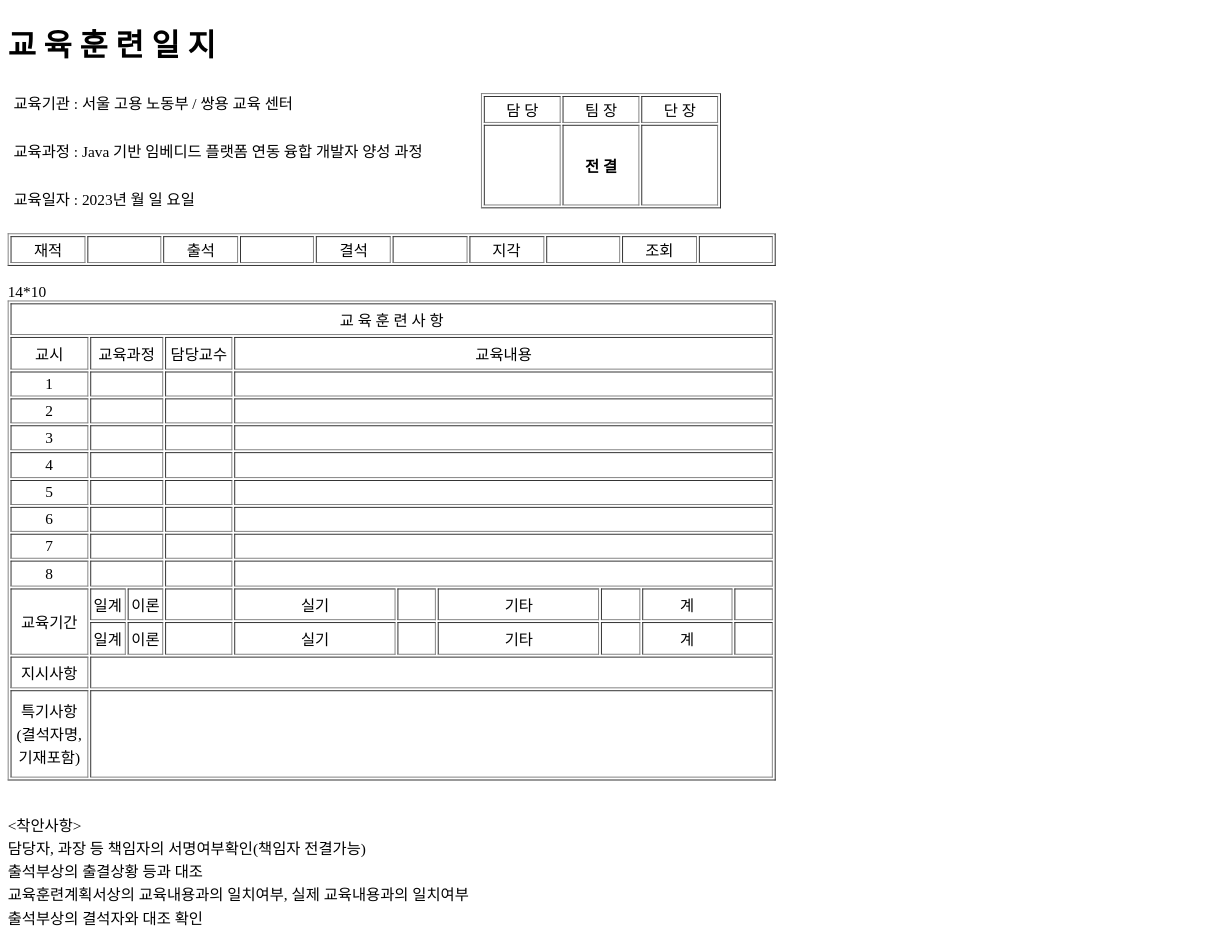
Repository: heoSuKyeong/client_Ssanyong
Page: ClientTest/src/main/webapp/html/q012.html
An editor plug-in stored every save of this project. The page is shown before and after the next save, followed by the edit.
The browser window is 1280 px wide. The pictures show the whole page, at 96% of full size.

Above is the page before, as saved 2023-09-21 03:37:26.

### ClientTest/src/main/webapp/html/q012.html
<!DOCTYPE html>
<html>
<head>
<meta charset="UTF-8">
<title>q012</title>
</head>
<body>

	<h1>교 육 훈 련 일 지</h1>

	<table>
		<tr>
			<td>
				<table>
					<tr>
						<td>교육기관 : 서울 고용 노동부 / 쌍용 교육 센터</td>
					</tr>
					<tr>
						<td>&nbsp;</td>
					</tr>
					<tr>
						<td>교육과정 : Java 기반 임베디드 플랫폼 연동 융합 개발자 양성 과정</td>
					</tr>
					<tr>
						<td>&nbsp;</td>
					</tr>
					<tr>
						<td>교육일자 : 2023년       월       일      요일</td>
					</tr>

				</table>
			</td>
			<td width="50">&nbsp;</td>
			<td>
				<table border="1" width="250" >
					<tr>
						<td align="center">담 당</td>
						<td align="center">팀 장</td>
						<td align="center">단 장</td>
					</tr>
					<tr>
						<td height ="80">&nbsp;</td>
						<td align="center"><b>전 결</b></td>
						<td >&nbsp;</td>
					</tr>
				</table>
			</td>
		</tr>
	</table>

	<br>

	<table border="1" width="800">
		<tr>
			<td align="center" width="80">재적</td>
			<td align="center" width="80">&nbsp;</td>
			<td align="center" width="80">출석</td>
			<td align="center" width="80">&nbsp;</td>
			<td align="center" width="80">결석</td>
			<td align="center" width="80">&nbsp;</td>
			<td align="center" width="80">지각</td>
			<td align="center" width="80">&nbsp;</td>
			<td align="center" width="80">조회</td>
			<td align="center" width="80">&nbsp;</td>

		</tr>
	</table>

	<br>
	14*10
	<table border="1" width="800" height ="500">
		<tr>
			<td align="center" colspan="10">교 육 훈 련 사 항</td>
		</tr>
		<tr>
			<td align="center">교시</td>
			<td align="center" colspan="2">교육과정</td>
			<td align="center">담당교수</td>
			<td align="center" colspan="6" width="500">교육내용</td>
		</tr>
		<tr>
			<td align="center">1</td>
			<td align="center" colspan="2">&nbsp;</td>
			<td align="center">&nbsp;</td>
			<td align="center" colspan="6">&nbsp;</td>
		</tr>
		<tr>
			<td align="center">2</td>
			<td align="center" colspan="2">&nbsp;</td>
			<td align="center">&nbsp;</td>
			<td align="center" colspan="6">&nbsp;</td>
		</tr>
		<tr>
			<td align="center">3</td>
			<td align="center" colspan="2">&nbsp;</td>
			<td align="center">&nbsp;</td>
			<td align="center" colspan="6">&nbsp;</td>
		</tr>
		<tr>
			<td align="center">4</td>
			<td align="center" colspan="2">&nbsp;</td>
			<td align="center">&nbsp;</td>
			<td align="center" colspan="6">&nbsp;</td>
		</tr>
		<tr>
			<td align="center">5</td>
			<td align="center" colspan="2">&nbsp;</td>
			<td align="center">&nbsp;</td>
			<td align="center" colspan="6">&nbsp;</td>
		</tr>
		<tr>
			<td align="center">6</td>
			<td align="center" colspan="2">&nbsp;</td>
			<td align="center">&nbsp;</td>
			<td align="center" colspan="6">&nbsp;</td>
		</tr>
		<tr>
			<td align="center">7</td>
			<td align="center" colspan="2">&nbsp;</td>
			<td align="center">&nbsp;</td>
			<td align="center" colspan="6">&nbsp;</td>
		</tr>
		<tr>
			<td align="center">8</td>
			<td align="center" colspan="2">&nbsp;</td>
			<td align="center">&nbsp;</td>
			<td align="center" colspan="6">&nbsp;</td>
		</tr>
		<tr>
			<td align="center" rowspan="2">교육기간</td>
			<td align="center">일계</td>
			<td align="center">이론</td>
			<td align="center">&nbsp;</td>
			<td align="center">실기</td>
			<td align="center">&nbsp;</td>
			<td align="center">기타</td>
			<td align="center">&nbsp;</td>
			<td align="center">계</td>
			<td align="center">&nbsp;</td>
		</tr>
		<tr>
			<td align="center">일계</td>
			<td align="center">이론</td>
			<td align="center">&nbsp;</td>
			<td align="center">실기</td>
			<td align="center">&nbsp;</td>
			<td align="center">기타</td>
			<td align="center">&nbsp;</td>
			<td align="center">계</td>
			<td align="center">&nbsp;</td>
		</tr>
		<tr>
			<td align="center">지시사항</td>
			<td colspan="9">&nbsp;</td>
		</tr>
		<tr>
			<td align="center">특기사항<br>(결석자명,<br>기재포함)</td>
			<td colspan="9">&nbsp;</td>
		</tr>

	</table>

	<br>


	<p>&lt;착안사항&gt;<br>
	담당자, 과장 등 책임자의 서명여부확인(책임자 전결가능)<br>
	출석부상의 출결상황 등과 대조<br>
	교육훈련계획서상의 교육내용과의 일치여부, 실제 교육내용과의 일치여부<br>
	출석부상의 결석자와 대조 확인</p>

</body>
</html>

After the next save:
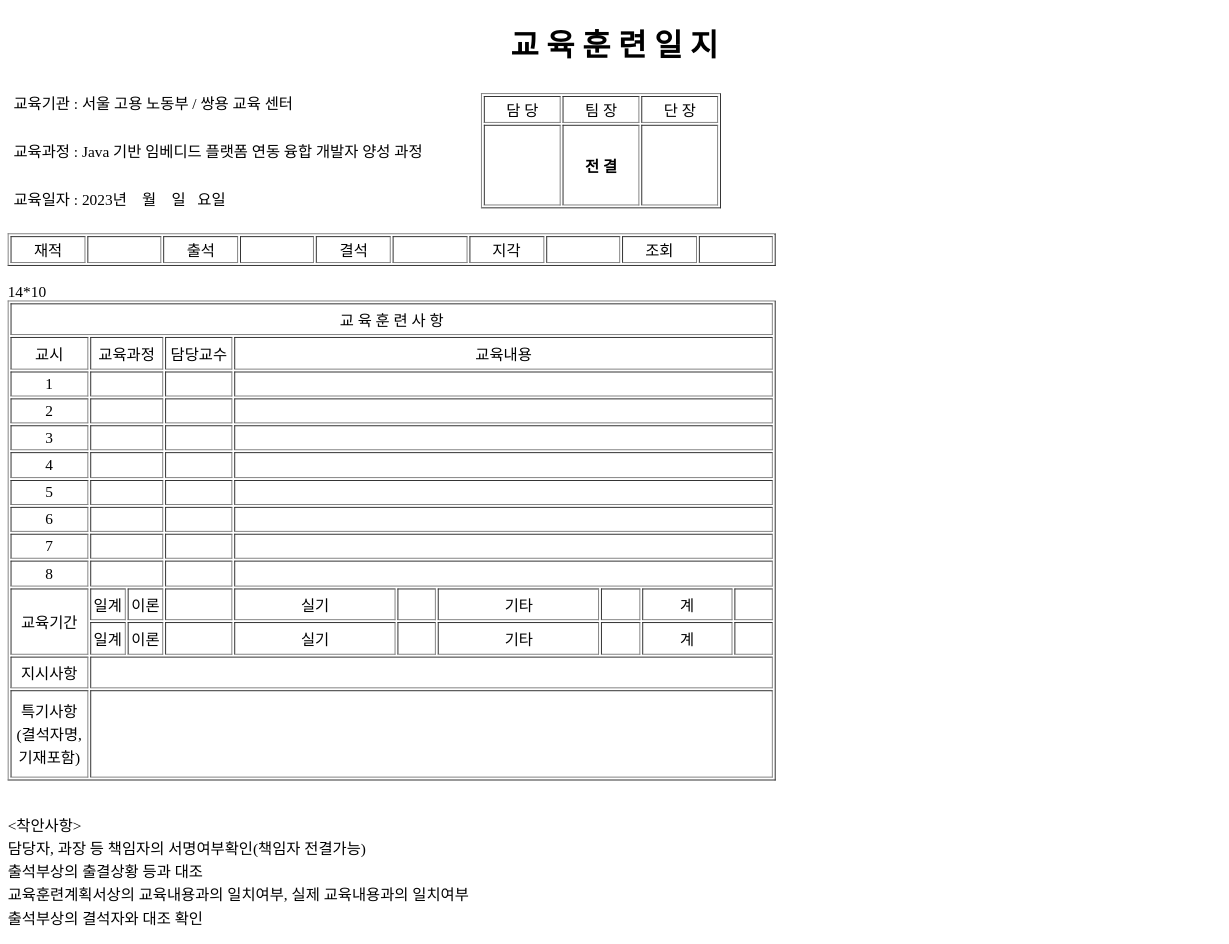
Saved 65 s later.
--- a/ClientTest/src/main/webapp/html/q012.html
+++ b/ClientTest/src/main/webapp/html/q012.html
@@ -6,7 +6,7 @@
 </head>
 <body>
 
-	<h1>교 육 훈 련 일 지</h1>
+	<h1 align="center">교 육 훈 련 일 지</h1>
 
 	<table>
 		<tr>
@@ -25,7 +25,7 @@
 						<td>&nbsp;</td>
 					</tr>
 					<tr>
-						<td>교육일자 : 2023년       월       일      요일</td>
+						<td>교육일자 : 2023년&nbsp;&nbsp;&nbsp;&nbsp;월&nbsp;&nbsp;&nbsp;&nbsp;일&nbsp;&nbsp;&nbsp;요일</td>
 					</tr>
 
 				</table>
